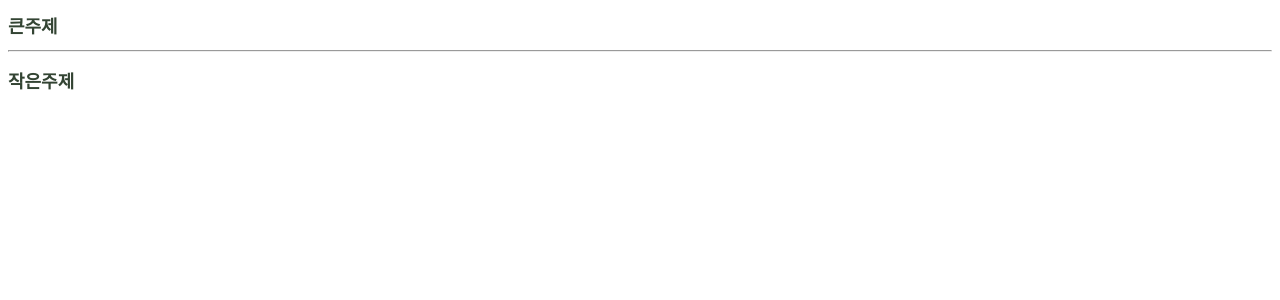
Repository: hyyrim/WebStudy
Page: http://localhost/WebApp16/Calc_ok1.jsp
An editor plug-in stored every save of this project. The page is shown before and after the next save, followed by the edit.
The browser window is 1280 px wide. The pictures show the whole page.
The page is served by Tomcat 9. Other server files are loaded and not shown.

Above is the page before, as saved 2021-05-20 03:19:05.

### WebApp16/WebContent/Calc_ok1.jsp
<%@ page contentType="text/html; charset=UTF-8"%>
<!DOCTYPE html>
<html>
<head>
<meta charset="UTF-8">
<title>Calc_ok1.jsp</title>
<link rel="stylesheet" type="text/css" href="css/default.css">

</head>
<body>

<div>
	<h1>큰주제</h1>
	<hr>
</div>

<div>
	<h2>작은주제</h2>
	<form>
	</form>
</div>


</body>
</html>

### WebApp16/WebContent/css/default.css
@charset "UTF-8";

*
{
	font-size: 18px;
	color: #343;
	font-family: 맑은 고딕;
	font-weight: bold;
}

input
{
	border-radius: 4px;
}

button:hover
{
	color: orange;
}

.table
{
	border-collapse: collapse;
}

.table th, .table td
{
	border: 1px solid gray;
	border-left: 0px;
	border-right: 0px;

	padding: 3px;
	line-height: 150%;
	text-align: center;
}

.table th
{
	font-weight: bold;
	background-color: #EEE;
}

.btn01
{
	font-size: 10px;
	color: blue;
	width: 45px;
	height: 30px;
}

.btn02
{
	font-size: 10px;
	color: gray;
	width: 45px;
	height: 30px;
}

.btn02:hover
{
	color: gray;
}

.errMsg
{
	font-size: small;
	color: red;
	display: none;
}

.numTh
{
	width: 50px;
}

.nameTh
{
	width: 100px;
}

.telTh
{
	width: 150px;
}

.manageTh
{
	width: 200px;
}

.txtScore
{
	width: 100px;
	text-align: right;
}

After the next save:
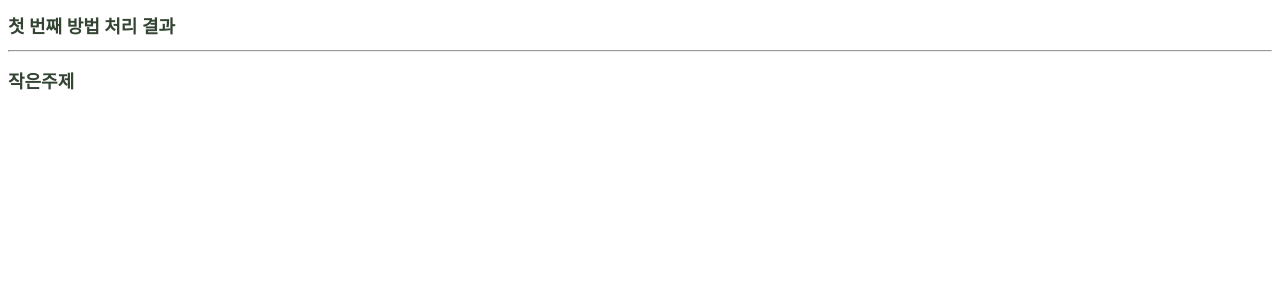
Saved 20 s later.
--- a/WebApp16/WebContent/Calc_ok1.jsp
+++ b/WebApp16/WebContent/Calc_ok1.jsp
@@ -10,7 +10,7 @@
 <body>
 
 <div>
-	<h1>큰주제</h1>
+	<h1>첫 번째 방법 처리 결과</h1>
 	<hr>
 </div>
 
